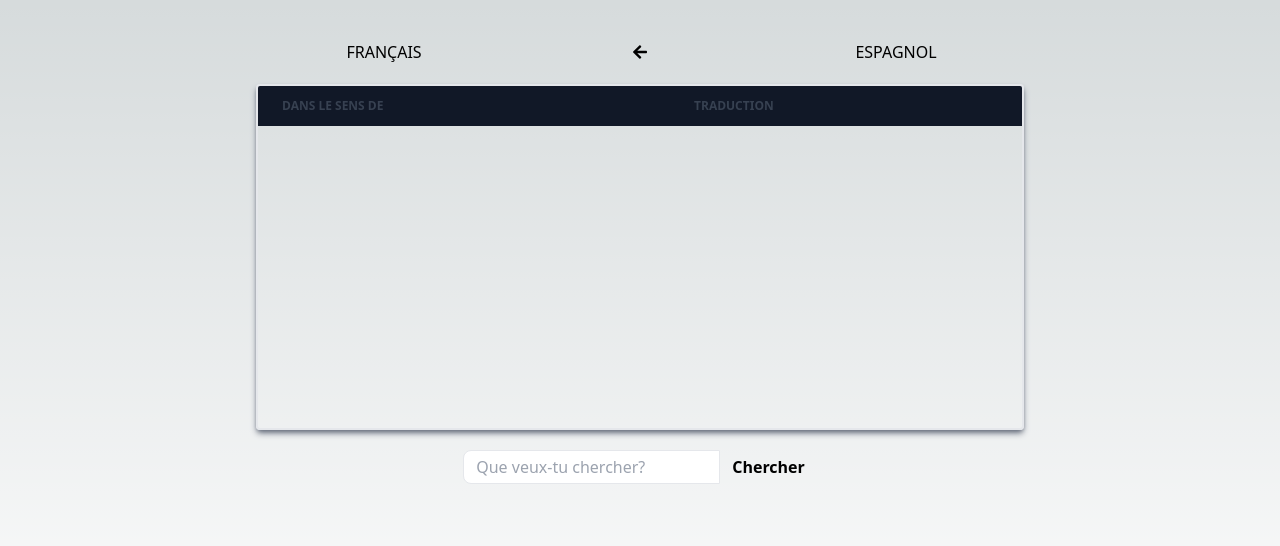
Repository: All-Khwarizmi/Dico
Page: /
The author's editor kept a copy of each file at every save. The page is drawn from the files as they stood at one save, then again after the next save.
The browser window is 1280 px wide. The pictures show the whole page.
The project was rebuilt for these pictures with package versions that can differ from the ones it lists, and the page was loaded fresh each time. The framework's server and built-in components were replaced by stand-ins that run in the browser. Also part of the build but not shown: next.config.js, vite.config.ts.

Above is the page before, as saved 2023-02-17 18:39:04.

After the next save:
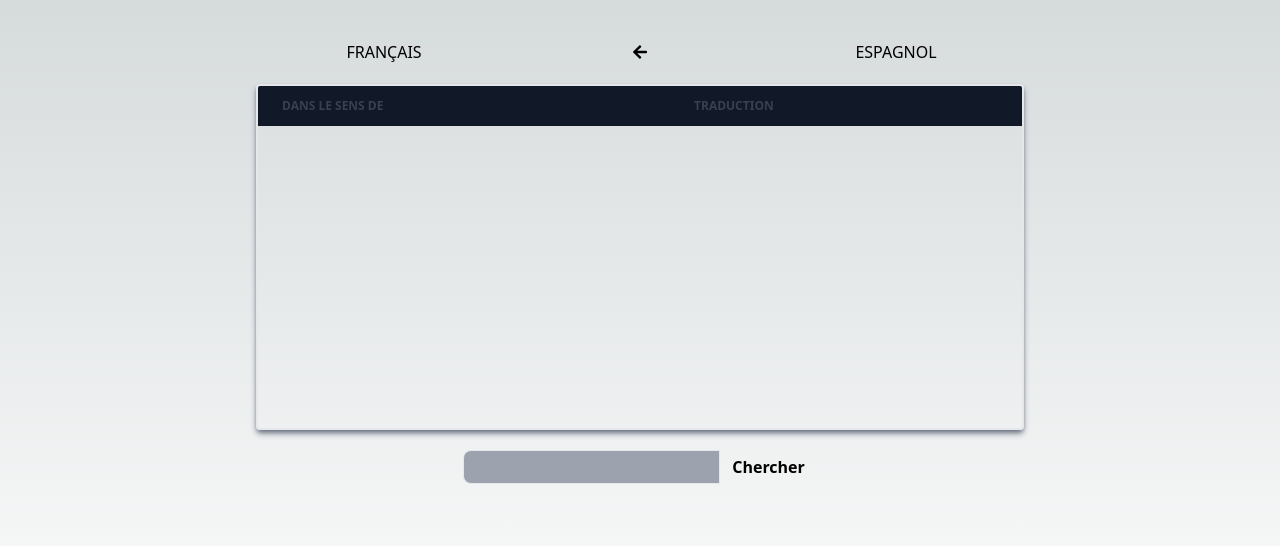
Saved 5 s later.
--- a/src/app/page.tsx
+++ b/src/app/page.tsx
@@ -149,7 +149,7 @@
             onChange={(event) => inputWord(event)}
             value={word}
             placeholder='Que veux-tu chercher?'
-            className='rounded-lg border dark:text-white border-1 bg-gra- dark:bg-gray-700 rounded-r-none px-3 py-1'
+            className='rounded-lg border dark:text-white border-1 bg-gray-400 dark:bg-gray-700 rounded-r-none px-3 py-1'
             type='text'
             name='word'
             id='word'

After the 5 saves that followed:
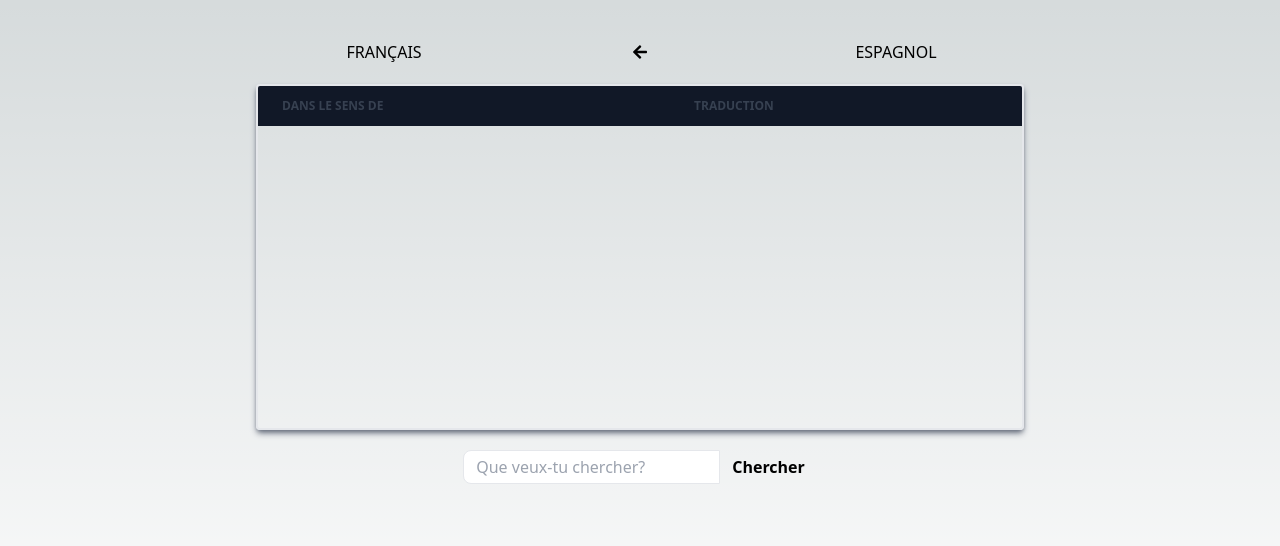
The 5 saves are shown as one change because 1 left the picture as it was and some came seconds apart.
The last was saved 20 s later.
--- a/src/app/page.tsx
+++ b/src/app/page.tsx
@@ -149,7 +149,7 @@
             onChange={(event) => inputWord(event)}
             value={word}
             placeholder='Que veux-tu chercher?'
-            className='rounded-lg border dark:text-white border-1 bg-gray-400 dark:bg-gray-700 rounded-r-none px-3 py-1'
+            className='rounded-lg border dark:text-white border-1 dark:bg-gray-700 rounded-r-none px-3 py-1'
             type='text'
             name='word'
             id='word'
